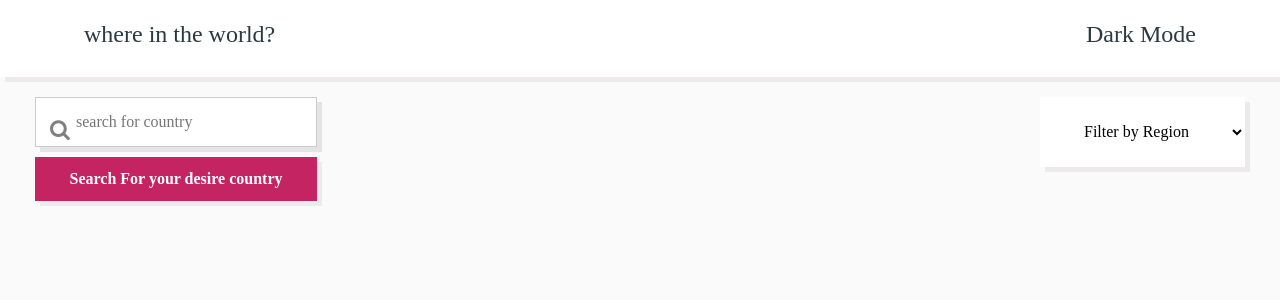
Repository: lamilekan263/countries
Page: /
These files come from the project's save history. The page is drawn as it stood at one moment and after the next save; the edit follows.
The browser window is 1280 px wide. The pictures show the whole page.
The page's requests for data from a server got no answer. The project was rebuilt for these pictures with package versions that can differ from the ones it lists, and the page was loaded fresh each time. No one was signed in, and anything a server would have sent is missing. Also part of the build but not shown: src/components/country/country.css, src/components/country/country.jsx, src/components/selectCountryRegion/selectCountryRegion.styles.css, src/components/selectCountryRegion/selectCountryRegion.component.jsx.

Above is the page before, as saved 2020-07-30 16:49:06.

### src/index.js
import React from 'react';
import ReactDOM from 'react-dom';
import 'bootstrap/dist/css/bootstrap.css'
import App from './App';
import './App.css'

ReactDOM.render(
  <React.StrictMode>
    <App />
  </React.StrictMode>,
  document.getElementById('root')
);

// If you want your app to work offline and load faster, you can change
// unregister() to register() below. Note this comes with some pitfalls.
// Learn more about service workers: https://bit.ly/CRA-PWA
if(module.hot){
  module.hot.accept()
}

### src/App.js
import React, {Component} from 'react';
import NavBar from './components/Navbar/navBar.component'
import CountryList from './components/country-list/country-list.component'
import MyForm from './components/form.component/form.component'

class App extends Component {
  constructor(){
    super();
    this.state={
      countries :[


      ],
      searchValue : ''

      }
  }
    componentDidMount(){
    fetch('https://restcountries.eu/rest/v2/all')
    .then(response => response.json())
    .then(countries => console.log(countries))
  }

  handleCountry = e =>{
    this.setState({searchValue : e.target.value})
    console.log(e)

  }

  render() {
    const {countries, searchValue} = this.state
    const filteredCountries = countries.filter(country => country.name.toLowerCase().includes(searchValue.toLowerCase()))
    return (
      <div>
        <NavBar  />
        <MyForm handleChange ={this.handleCountry}/>
          <CountryList countries = {filteredCountries} />


      </div>
    );
  }
}

export default App;

### src/components/Navbar/navBar.component.jsx
import React  from 'react';
import '../Navbar/navbar.styles.css'
const NavBar = () => {
    return (
        <nav >
            <div className="myContainer" id="nav-flex">
                <div>
                    <h1 >where in the world?</h1>
                </div>
                <div>
                    <h1>Dark Mode</h1>
                </div>
            </div>
        </nav>
     );
}

export default NavBar;

### src/components/country-list/country-list.component.jsx
import React from 'react';
import Country from '../country/country'
import './country-list.styles.css'
const CountryList = props => {
    return (
        <div className="country-list container-fluid">
                    <div className="flex-country">
                        {
                            props.countries.map((country,index) => (
                                    <Country key={ index } country ={country}/>
                                    ))
                                }
                    </div>
        </div>
     );
}

export default CountryList;

### src/components/form.component/form.component.jsx
import React, { useState } from 'react';
import Input from "../input.component/input.component"
import SelectDropDownByRegion from '../selectCountryRegion/selectCountryRegion.component'
import './form.styles.css';




const MyForm =props =>{
    const [text, textState] = useState('')
    const onChange = e => textState(e.target.value);

    const onSubmit = e =>{
        e.preventDefault();

    }

    return(
        <div className="container-fluid">
            <form className="myForm" onSubmit = {onSubmit}>
                <div>
                    <Input onHandleChange={props.handleChange}/>
                    <button>Search For your desire country</button>
                 </div>
                    <select name="Filter by Region">
                        <option value="">Filter by Region</option>
                        <option value="Africa">Africa</option>
                        <option value="Americas">Americas</option>
                        <option value="Asia">Asia</option>
                        <option value="Europe">Europe</option>
                        <option value="Oceania">Oceania</option>
                    </select>
            </form>

        </div>
    );
}


export default MyForm

### src/components/Navbar/navbar.styles.css

nav{
    background-color:white;
    color:hsl(209, 23%, 22%);
    box-shadow: 5px 5px rgb(236, 234, 234);
    /* position: fixed; /* Set the navbar to fixed position */
    /* top: 0px;
    overflow: hidden;
    z-index:1; */
    width:100%;

}

h1{
    font-size:1.5em;
}
#nav-flex{
    display:flex;
    justify-content: space-between;
    padding:20px;
}
.myContainer{
    width:90%;
    margin:0 auto;
    overflow:hidden;
}

### src/components/country-list/country-list.styles.css

.country-list{
    padding:0% 7%;
    margin:150px 0 20px;


}
@media(min-width:750px){
    .flex-country{
        display:flex;
        flex-wrap:wrap;
        justify-content: space-around;
    }
}

### src/components/input.component/input.component.jsx
import React from 'react';

import './input.styles.css'


const Input = props =>(
    <div className="fontuser">
            <input type="text"
                    placeholder="search for country"
                     required />
            <i className="fa fa-search fa-lg" >{props.onHandleChange}</i>
    </div>
)

export default Input;

### src/components/form.component/form.styles.css
.myForm{
    position: relative;
    top:30;
    left:10;
    display: flex;
    flex-direction: row;
    justify-content: space-between;
    margin:20px;
}
@media(max-width:740px){
    .myForm{
        flex-direction: column;
    }
}

button{
    margin:10px 0;
    width:100%;
    border: none;
    background-color: rgb(196, 36, 97);
    color:white;
    padding:10px;
    font-weight: 700;
    font-size:1rem;
    box-shadow:5px 5px rgb(236, 234, 234);
}
select{
    padding: 12px 40px;
    height:70px;
    border: none;
    background-color: #fff;
    box-shadow:5px 5px rgb(236, 234, 234);
}
select ::after{
    color:red;
}

### src/components/input.component/input.styles.css
input{
    width:100%;
    border:none;
    box-shadow:5px 5px rgb(228, 228, 228);
    padding: 12px 40px;
    display: inline-block;
    border: 1px solid #ccc;
    box-sizing: border-box;
}
input :active{
    border: 1px solid red;

}
i{
    position: absolute;
    left: 15px;
    top: 25px;
    color: gray;
}

Loaded but not shown: public/index.html (common file); src/App.css (common file)

After the next save:
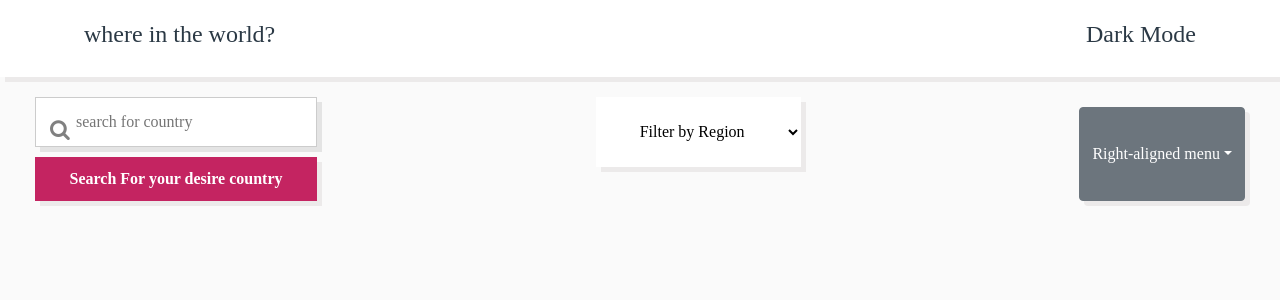
Saved 3 min 1 s later.
--- a/src/components/form.component/form.component.jsx
+++ b/src/components/form.component/form.component.jsx
@@ -30,6 +30,16 @@
                         <option value="Europe">Europe</option>
                         <option value="Oceania">Oceania</option>
                     </select>
+                    <div class="btn-group">
+  <button type="button" class="btn btn-secondary dropdown-toggle" data-toggle="dropdown" aria-haspopup="true" aria-expanded="false">
+    Right-aligned menu
+  </button>
+  <div class="dropdown-menu dropdown-menu-right">
+    <button class="dropdown-item" type="button">Action</button>
+    <button class="dropdown-item" type="button">Another action</button>
+    <button class="dropdown-item" type="button">Something else here</button>
+  </div>
+</div>
             </form>
 
         </div>

After the 4 saves that followed:
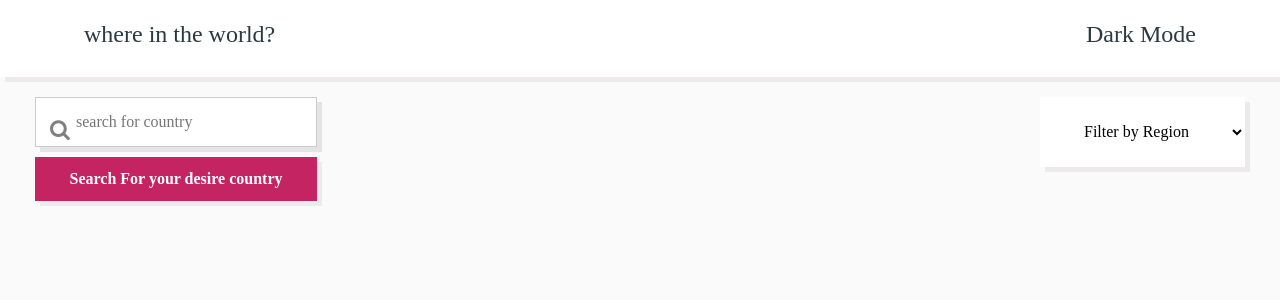
The 4 saves are shown as one change because 2 left the picture as it was and some came seconds apart.
The last was saved 116 s later.
--- a/src/components/form.component/form.component.jsx
+++ b/src/components/form.component/form.component.jsx
@@ -30,16 +30,7 @@
                         <option value="Europe">Europe</option>
                         <option value="Oceania">Oceania</option>
                     </select>
-                    <div class="btn-group">
-  <button type="button" class="btn btn-secondary dropdown-toggle" data-toggle="dropdown" aria-haspopup="true" aria-expanded="false">
-    Right-aligned menu
-  </button>
-  <div class="dropdown-menu dropdown-menu-right">
-    <button class="dropdown-item" type="button">Action</button>
-    <button class="dropdown-item" type="button">Another action</button>
-    <button class="dropdown-item" type="button">Something else here</button>
-  </div>
-</div>
+
             </form>
 
         </div>
